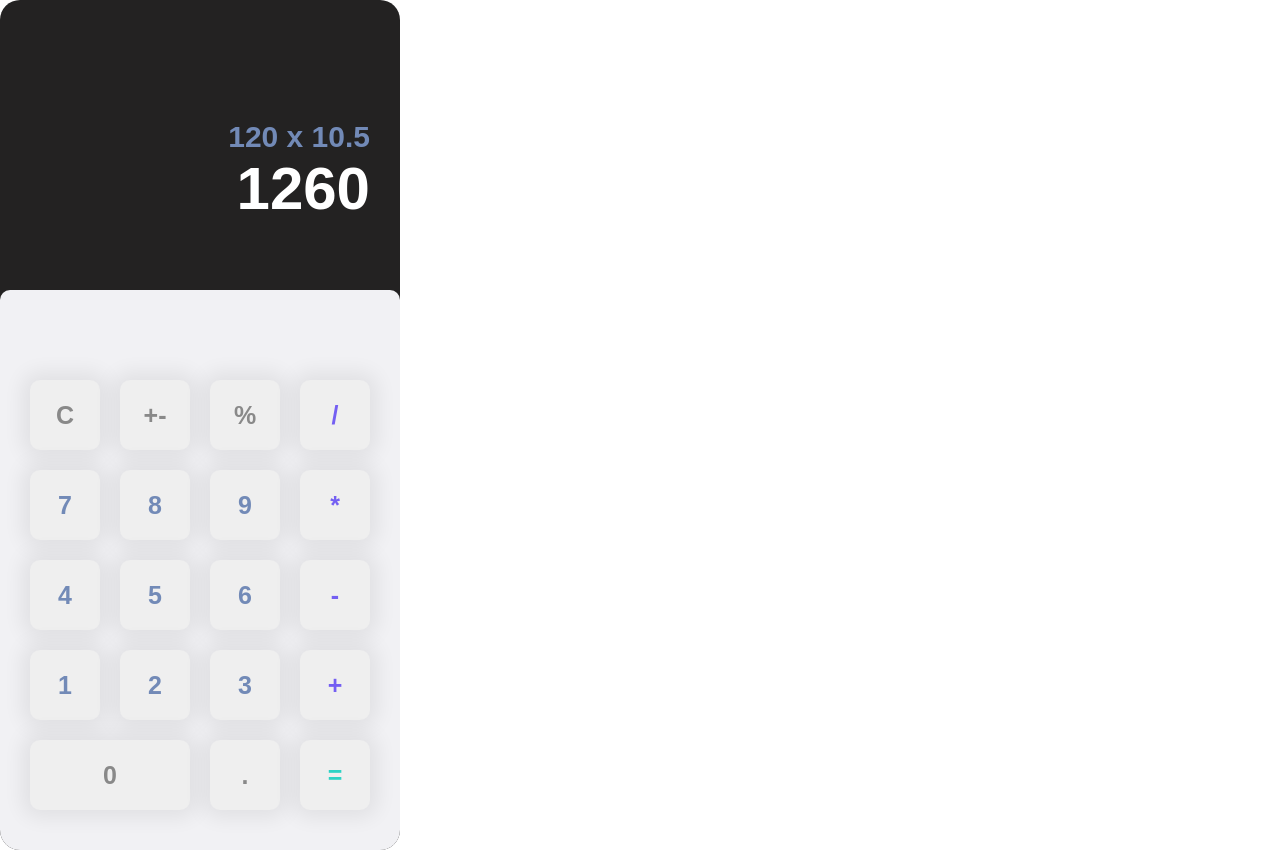
Repository: BrunoBross/calculator
Page: index.html
The author's editor kept a copy of each file at every save. The page is drawn from the files as they stood at one save, then again after a run of saves.
The browser window is 1280 px wide. The pictures show the whole page.

Above is the page before, as saved 2021-11-30 23:21:17.

After the next 2 saves:
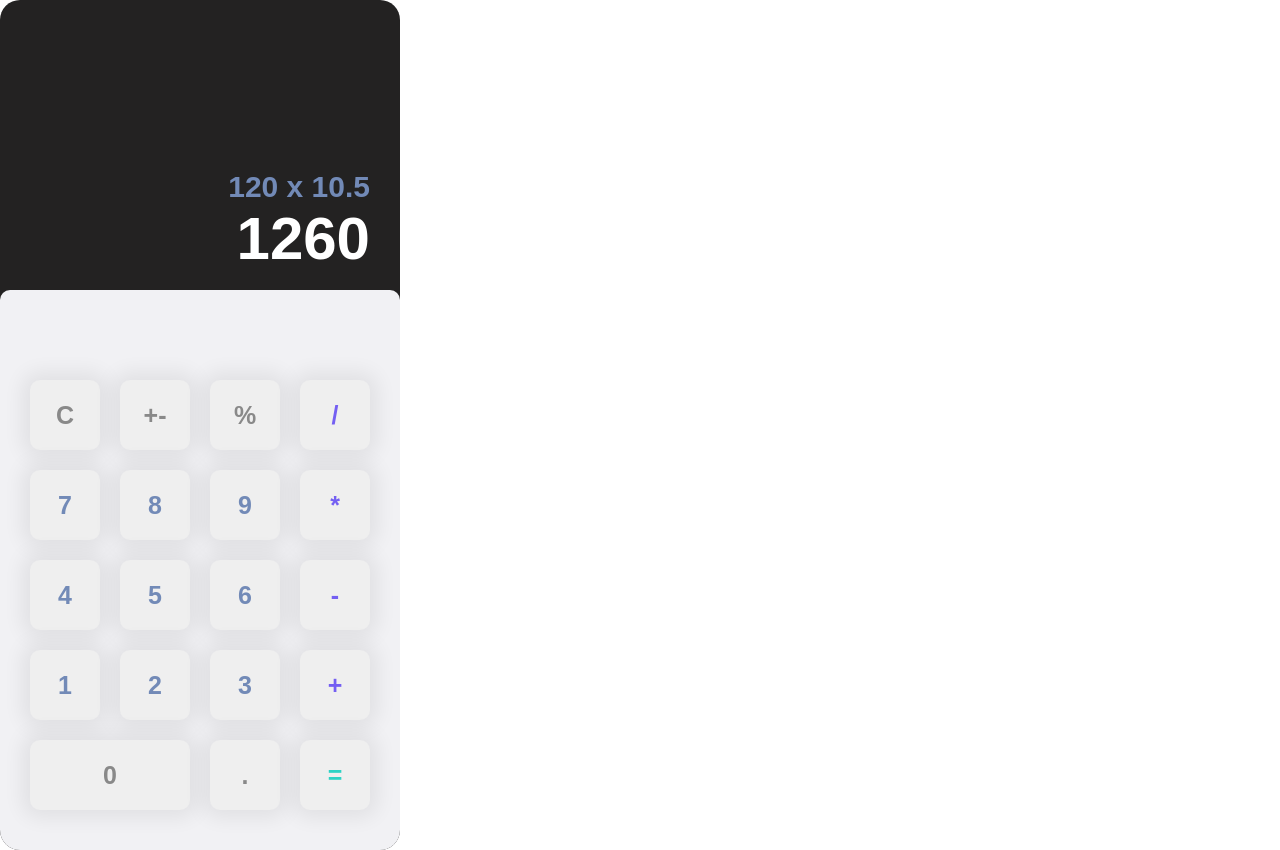
The 2 saves are shown as one change because they came seconds apart.
The last was saved 8 s later.
--- a/style.css
+++ b/style.css
@@ -18,7 +18,7 @@
   flex-direction: column;
   align-items: flex-end;
   height: 200px;
-  margin-top: 120px;
+  margin-top: 170px;
   margin-right: 30px;
 }
 
